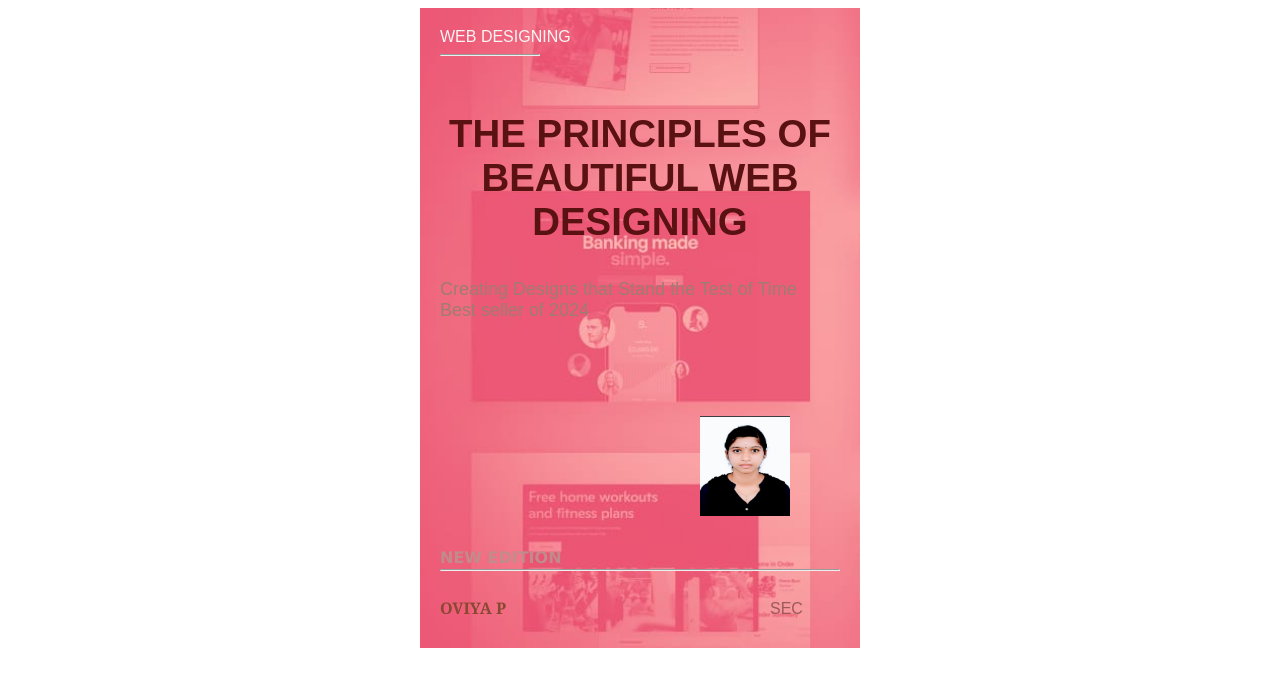
Repository: Oviya24032K6/cover
Page: oviya/coverapp/static/book.html
An editor plug-in stored every save of this project. The page is shown before and after a run of saves, followed by the edit.
The browser window is 1280 px wide. The pictures show the whole page.

Above is the page before, as saved 2024-04-10 08:45:11.

### oviya/coverapp/static/book.html
<!DOCTYPE html>
<html>

<head>
    <title>BOOK COVER</title>
    <style>
        .bookcover {
            width: 400px;
            height: 600px;
            color: black;
            margin-left: auto;
            margin-right: auto;
            padding: 20px;
            font-family: Arial, sans-serif; /* corrected font-family declaration */
            background-image: url(pink.jpg);
            background-size: cover;
        }

        .head {
            color: rgb(248, 245, 245);

        }

        .style {
            width: 100px;
        }

        .authorname {
            display: inline;
            position: relative;
            color: rgb(136, 72, 49);
            top: 190px;
            font-family: Georgia;
            font-size: medium;
        }

        .title {
            color: rgb(89, 17, 17);
            font-family: Arial, sans-serif; /* fallback font */
            font-size: larger;
            text-align: center;
            position: relative;
            top: 30px;

        }

        .line {
            width: 400px;
            position: relative;
            top: 180px;
        }

        .last {
            color: rgb(154, 90, 90);
            font-size: medium;
            position: relative;
            top: 155px;
            left: 330px;
        }

        .end {
            color: rgba(190, 141, 141, 0.94);
            font-size: medium;
            font-family: Verdana;
            position: relative;
            top: 85px;

        }

        .subtitle {
            color: rgb(158, 124, 114);
            font-family: Arial, sans-serif; /* fallback font */
            font-size: large;
            position: relative;
            top: 40px;
        }

        .photo {
            position: relative;
            top: 135px;
            left: 260px;
            width: 90px; /* Adjust the size here */
            height: 100px; /* Adjust the size here */
        }
    </style>
</head>

<body>
    <div class="bookcover">
        <div class="head">
            WEB DESIGNING
        </div>
        <div class="style">
            <hr style="color:rgb(211, 120, 120)">
        </div>
        <div class="title">
            <h1>THE PRINCIPLES OF BEAUTIFUL WEB DESIGNING</h1>
        </div>
        <div class="subtitle">
            Creating Designs that Stand the Test of Time
        </div>
        <div class="subtitle">
            Best seller of 2024
        </div>

        <div class="photo">
            <img src="oviya pic.jpg" width="90" height="100">
        </div>
        <div class="line">
            <hr style="color:rgba(81, 13, 13, 0.555)">
        </div>
        <div class="authorname">
            <p><b>OVIYA P</b></p>
        </div>
        <div class="last">
            SEC
        </div>
        <div class="end">
            <b>NEW EDITION</b>
        </div>
    </div>
</body>

</html>

After the next 3 saves:
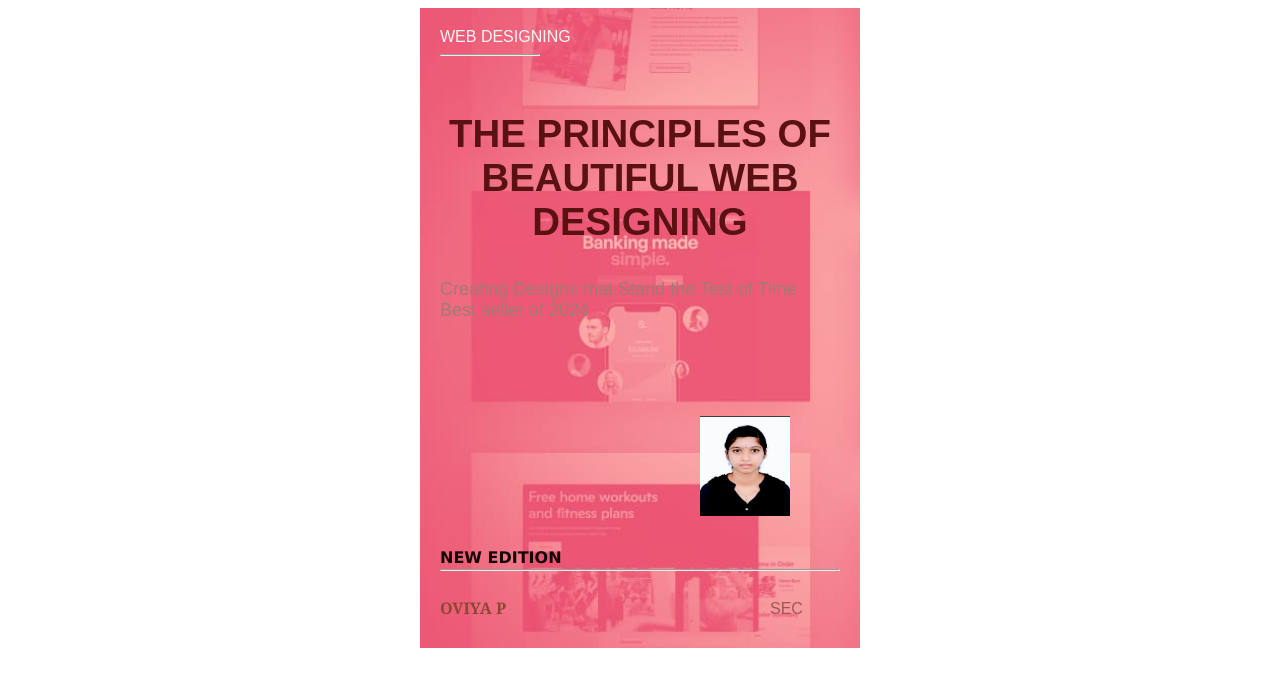
The 3 saves are shown as one change because they came seconds apart.
The last was saved 4 min 32 s later.
--- a/oviya/coverapp/static/book.html
+++ b/oviya/coverapp/static/book.html
@@ -59,7 +59,7 @@
         }
 
         .end {
-            color: rgba(190, 141, 141, 0.94);
+            color: rgba(5, 0, 0, 0.94);
             font-size: medium;
             font-family: Verdana;
             position: relative;
